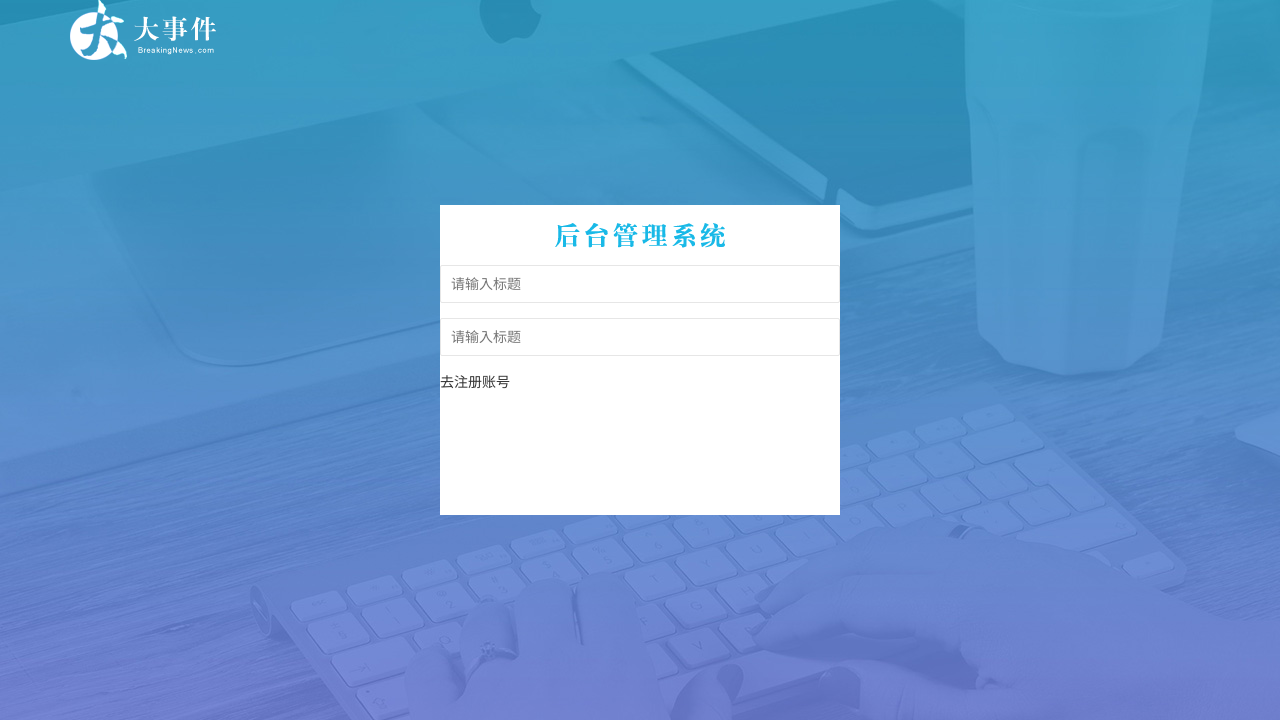
Repository: keyboying1/web_bigevent
Page: login.html
An editor plug-in stored every save of this project. The page is shown before and after the next save, followed by the edit.
The browser window is 1280 px wide. The pictures show the whole page.

Above is the page before, as saved 2022-11-18 15:30:03.

After the next save:
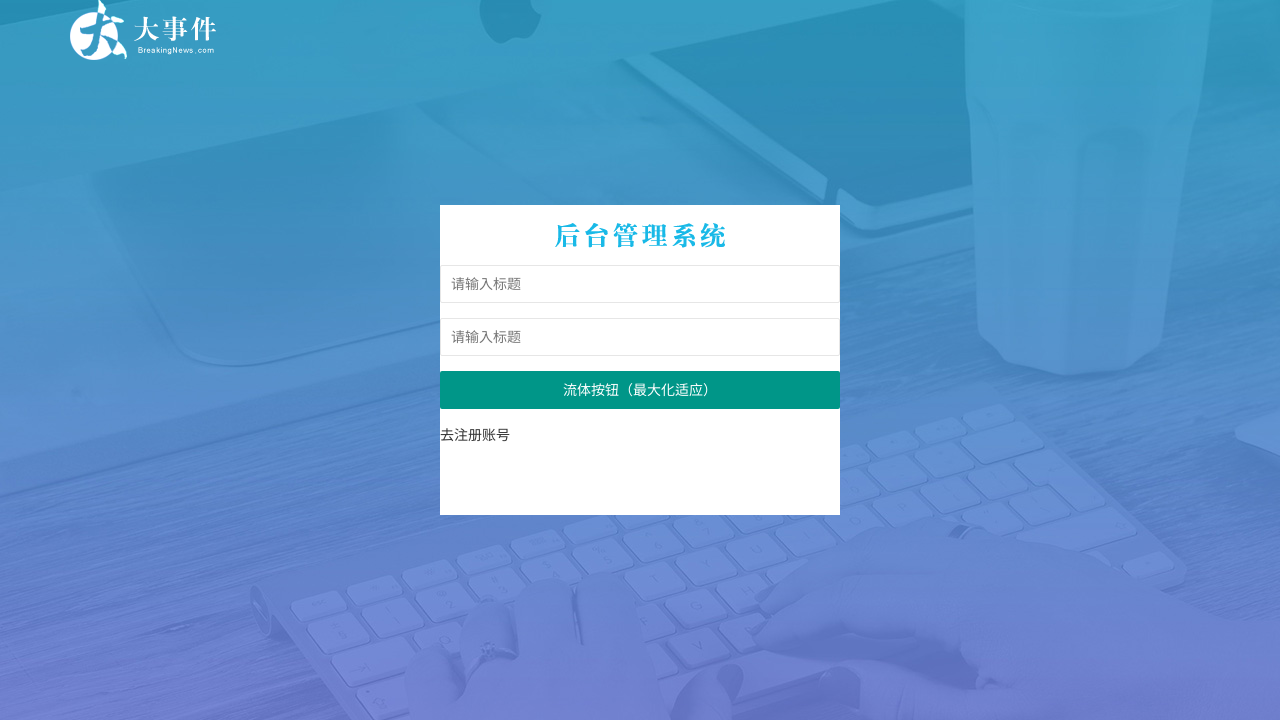
Saved 97 s later.
--- a/login.html
+++ b/login.html
@@ -31,7 +31,11 @@
                 <div class="layui-form-item">
                     <input type="text" name="title" required  lay-verify="required" placeholder="请输入标题" autocomplete="off" class="layui-input">
                 </div>
+                <!-- 按钮 -->
+                <div class="layui-form-item">
 
+<button type="button" class="layui-btn layui-btn-fluid">流体按钮（最大化适应）</button>
+                </div>
             </form>
 
             <a href="javascript:;" id="link_reg">去注册账号</a>
